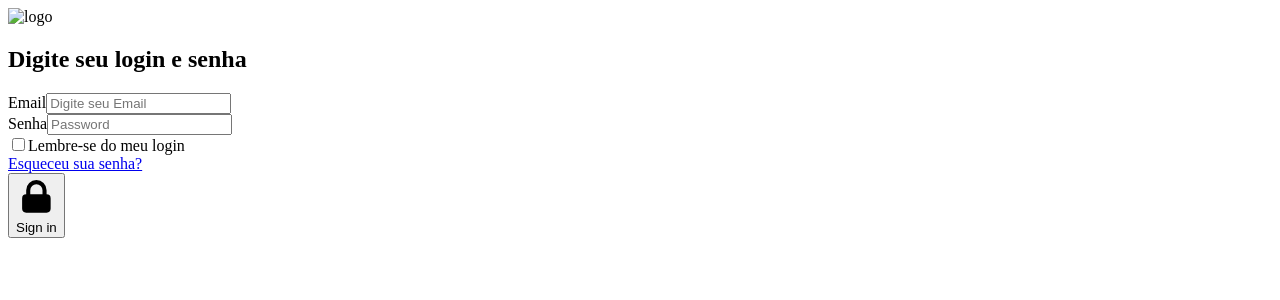
Repository: fhl10/youtube-next-auth-jwt
Page: /
The author's editor kept a copy of each file at every save. The page is drawn from the files as they stood at one save, then again after the next save.
The browser window is 1280 px wide. The pictures show the whole page.
The project was rebuilt for these pictures with package versions that can differ from the ones it lists, and the page was loaded fresh each time. The framework's server and built-in components were replaced by stand-ins that run in the browser. Also part of the build but not shown: src/services/auth.ts, src/contexts/AuthContext.tsx. Imported but missing from the stored project, and not drawn on this page: src/services/api.

Above is the page before, as saved 2022-07-04 13:14:37.

After the next save:
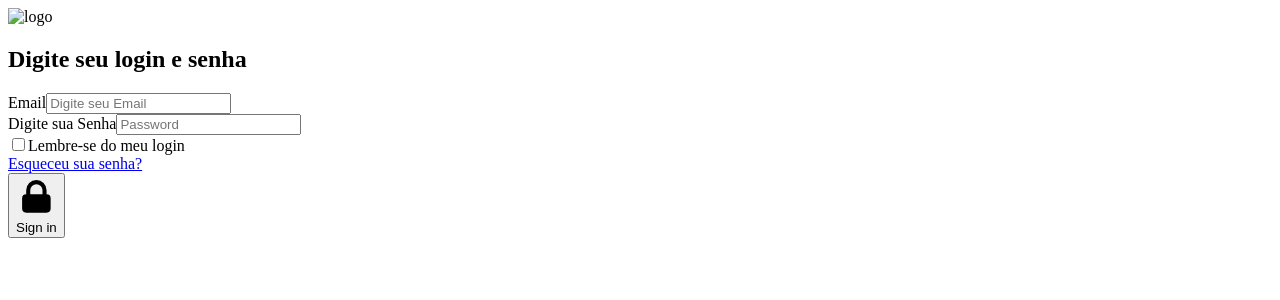
Saved 24 s later.
--- a/src/pages/index.tsx
+++ b/src/pages/index.tsx
@@ -46,8 +46,8 @@
               />
             </div>
             <div>
-              <label htmlFor="Digite sua Senha" className="sr-only">
-                Senha
+              <label htmlFor="password" className="sr-only">
+                Digite sua Senha
               </label>
               <input
                 {...register('password')}

After the save that followed:
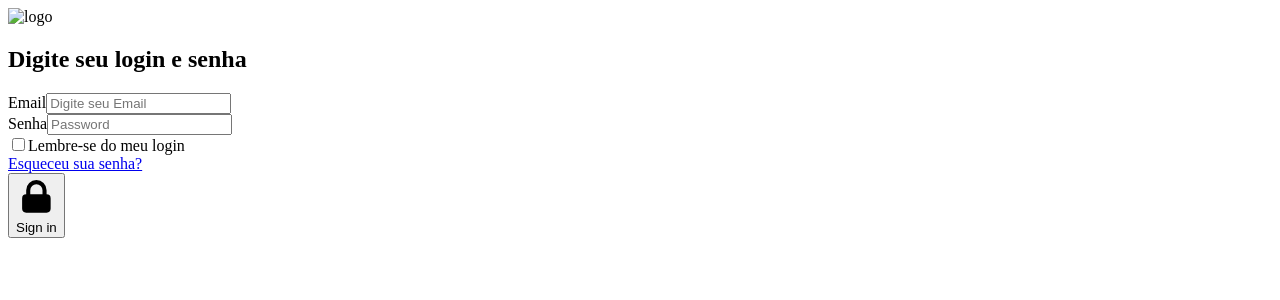
Saved 30 s later.
--- a/src/pages/index.tsx
+++ b/src/pages/index.tsx
@@ -47,7 +47,7 @@
             </div>
             <div>
               <label htmlFor="password" className="sr-only">
-                Digite sua Senha
+                Senha
               </label>
               <input
                 {...register('password')}
